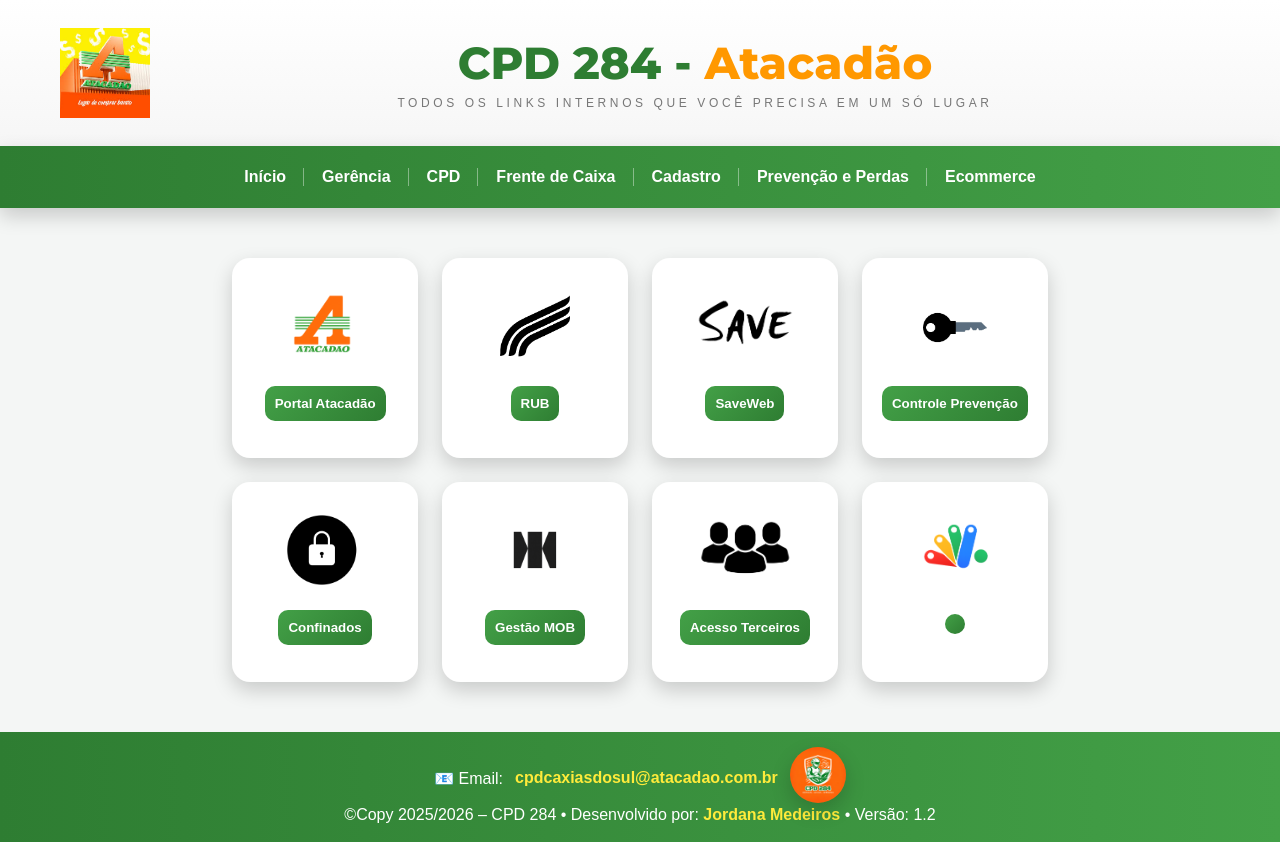
Repository: Iamjordana/projetositecpd284
Page: prevencao.html
The author's editor kept a copy of each file at every save. The page is drawn from the files as they stood at one save, then again after the next save.
The browser window is 1280 px wide. The pictures show the whole page.

Above is the page before, as saved 2026-01-14 12:40:07.
Console error: TypeError: Cannot read properties of null (reading 'addEventListener')

### prevencao.html
<!DOCTYPE html>
<html lang="pt-br">
<head>
    <meta charset="UTF-8">
    <meta name="viewport" content="width=device-width, initial-scale=1.0">
    <link rel="stylesheet" href="css/style.css">
    <link rel="shortcut icon" href="imagens/favicon.ico.png" type="image/x-icon">
    <link rel="stylesheet" href="css/style.css">
    <title>Prevenção e Perdas</title>
</head>
<body>
<header class="header">
  <div class="header-conteudo">

    <!-- LOGO -->
    <img src="imagens/logoataca.jpg" alt="Atacadão" class="header-logo">

    <!-- TEXTO CENTRAL -->
    <div class="header-texto">
      <h1 class="titulo-principal">
        <span class="titulo-verde">CPD 284 - </span>
        <span class="titulo-laranja">Atacadão</span>
      </h1>
      <p>Todos os links internos que você precisa em um só lugar</p>
    </div>
  </div>
</header>

<nav class="navbar">
    <button class="menu-toggle" aria-label="Abrir menu">☰</button>
    <div class="menu">
        <a href="index.html">Início</a>
        <a href="gerencia.html">Gerência</a>
        <a href="cpd.html">CPD</a>
        <a href="frentecaixa.html">Frente de Caixa</a>
        <a href="cadastro.html">Cadastro</a>
        <a href="prevencao.html">Prevenção e Perdas</a>
        <a href="ecommerce.html">Ecommerce</a>
    </div>
</nav>
<main>
  <div class="container">

    <div class="card">
      <img src="imagens/atacadao.png" alt="ATACADAO" class="card-img1">
      <a href="https://srvportal-prod.br-atacadao.corp/portal/" target="_blank">
        <button class="btn_atalho">Portal Atacadão</button>
      </a>
    </div>

    <div class="card">
      <img src="imagens/RUB2.png" alt="RUB" class="card-img2">
      <a href="https://srvuca284/vue/" target="_blank">
        <button class="btn_atalho">RUB</button>
      </a>
    </div>

    <div class="card">
      <img src="imagens/SAVE2.png" alt="SAVEWEB" class="card-img3">
      <a href="https://srvapp284.br-atacadao.corp/" target="_blank">
        <button class="btn_atalho">SaveWeb</button>
      </a>
    </div>

    <div class="card">
      <img src="imagens/chaves.jpg" alt="prevchaves" class="card-img5">
      <a href="https://srvsave284/prevperdas/#/chaves" target="_blank">
        <button class="btn_atalho">Controle Prevenção</button>
      </a>
    </div>

    <div class="card">
      <img src="imagens/confinados.png" alt="prevconfinados" class="card-img5">
      <a href="https://srvsave284/confinados/index.php?page=login" target="_blank">
        <button class="btn_atalho">Confinados</button>
      </a>
    </div>

        <div class="card">
      <img src="imagens/MOB.png" alt="MOB" class="card-img6">
      <a href="https://portaria-v2.mob2con.com.br/#/login" target="_blank">
        <button class="btn_atalho">Gestão MOB</button>
      </a>
    </div>

    <div class="card">
      <img src="imagens/terceiros.png" alt="terceiros" class="card-img7">
      <a href="https://srvterceiros.br-atacadao.corp/#/login?returnUrl=%2Fpages%2Fcadastros-terceiros%2Fcheckin" target="_blank">
        <button class="btn_atalho">Acesso Terceiros</button>
      </a>
    </div>

    <div class="card">
          <img src="imagens/notas.png" alt="Notas" class="card-img11">
          <a href="https://script.google.com/a/macros/atacadao.com.br/s/AKfycbwqcoPfWtn7tztTmkYU_-rZzzbmumslXrLHgY5Jxjh7wCvOsvtwYCqy_XobEg7-W5xm/exec" target="_blank"><button class="btn_atalho"></button></a>
      </div>
  </div>
</main>

<footer class="footer">
  <p class="linha-email">
    📧 Email:
    <a href="mailto:cpdcaxiasdosul@atacadao.com.br">
      cpdcaxiasdosul@atacadao.com.br
    </a>

    <span class="logo-animada">
      <img src="imagens/logocpd284.png" alt="Logo CPD 284">
    </span>
  </p>

  <p>
    ©Copy 2025/2026 – CPD 284 • Desenvolvido por:
    <a href="https://github.com/Iamjordana" target="_blank">Jordana Medeiros</a>
    • Versão: 1.2
  </p>
</footer>
</body>
<script>
const toggle = document.getElementById('menuToggle');
const menu = document.getElementById('menu');

toggle.addEventListener('click', () => {
  menu.classList.toggle('active');
});
</script>

</html>

### css/style.css
@charset "UTF-8";
@import url('https://fonts.googleapis.com/css2?family=Montserrat:wght@600;800&display=swap');

/* =====================================================
   1. VARIÁVEIS
===================================================== */
:root {
  --branco: #ffffff;
  --cinza-bg: #f4f6f5;

  --verde-claro: #43a047;
  --verde-escuro: #2e7d32;

  --laranja: #ff9800;
  --laranja-escuro: #f57c00;

  --texto: #444;
  --texto-suave: #777;

  --sombra-suave: 0 4px 12px rgba(0,0,0,0.12);
  --sombra-media: 0 8px 20px rgba(0,0,0,0.18);
  --sombra-forte: 0 14px 30px rgba(0,0,0,0.25);
}

/* =====================================================
   2. RESET E BASE
===================================================== */
* {
  margin: 0;
  padding: 0;
  box-sizing: border-box;
}

html, body {
  height: 100%;
}

body {
  background: var(--cinza-bg);
  font-family: Arial, Helvetica, sans-serif;
  color: var(--texto);
  display: flex;
  flex-direction: column;
}

/* =====================================================
   3. HEADER
===================================================== */
.header {
  background: linear-gradient(180deg, #ffffff 0%, #f6f6f6 100%);
  box-shadow: var(--sombra-suave);
}

.header-conteudo {
  max-width: 1200px;
  margin: auto;
  padding: 28px 20px;
  display: flex;
  align-items: center;
  gap: 20px;
}

.header-logo {
  width: 90px;
}

.header-texto {
  flex: 1;
  text-align: center;
}

.titulo-principal {
  font-family: 'Montserrat', sans-serif;
  font-size: 2.8rem;
  font-weight: 800;
}

.titulo-verde { color: var(--verde-escuro); }
.titulo-laranja { color: var(--laranja); }

.header-texto p {
  margin-top: 6px;
  font-size: 0.75rem;
  letter-spacing: 0.3em;
  text-transform: uppercase;
  color: var(--texto-suave);
}

/* =====================================================
   4. NAVBAR
===================================================== */
.navbar {
  background: linear-gradient(90deg, var(--verde-escuro), var(--verde-claro));
  box-shadow: var(--sombra-media);
  display: flex;
  flex-direction: column;
}

/* botão hamburguer */
.menu-toggle {
  display: none;
  background: none;
  border: none;
  color: white;
  font-size: 26px;
  cursor: pointer;
  padding: 14px 20px;
  text-align: left;
}

/* menu */
.menu {
  max-width: 1200px;
  margin: auto;
  padding: 12px 20px;
  display: flex;
  justify-content: center;
}

.menu a {
  color: white;
  text-decoration: none;
  font-weight: 600;
  padding: 10px 18px;
  position: relative;
}

.menu a:not(:last-child)::after {
  content: "";
  position: absolute;
  right: 0;
  top: 50%;
  transform: translateY(-50%);
  height: 18px;
  width: 1px;
  background: rgba(255,255,255,0.4);
}

.menu a:hover {
  background: white;
  color: var(--verde-escuro);
  border-radius: 8px;
}

/* =====================================================
   5. MAIN / CARDS
===================================================== */
main {
  flex: 1;
  max-width: 1200px;
  margin: 50px auto;
}

.container {
  display: grid;
  grid-template-columns: repeat(2, 1fr); /* 🔥 SEMPRE 2 */
  gap: 24px;
  max-width: 1200px;
  margin: auto;
  padding: 0 20px;
}

.card {
  width: 100%;
  height: 200px;

  background: white;
  border-radius: 18px;

  display: flex;
  flex-direction: column;
  align-items: center;

  padding: 20px;
  box-shadow: var(--sombra-media);
  transition: 0.3s;
}



.card img {
  width: 96px;
  height: 96px;
  object-fit: contain;
  margin-bottom: 12px;
}

.btn_atalho {
  margin-top: auto;
  width: 100%;
  text-align: center;
  background: linear-gradient(135deg, var(--verde-claro), var(--verde-escuro));
  color: white;
  border: none;
  border-radius: 10px;
  padding: 10px;
  font-weight: 600;
  cursor: pointer;
  transition: 0.2s;
}

.btn_atalho:hover {
  background: linear-gradient(135deg, var(--laranja), var(--laranja-escuro));
  transform: translateY(-2px);
}

/* =====================================================
   6. FOOTER
===================================================== */
.footer {
  background: linear-gradient(90deg, var(--verde-escuro), var(--verde-claro));
  color: white;
  text-align: center;
  padding: 18px 12px;
}

.footer a {
  color: #ffeb3b;
  font-weight: bold;
  text-decoration: none;
}

.footer a:hover {
  text-decoration: underline;
}

.linha-email {
  display: inline-flex;
  align-items: center;
  gap: 12px;
}

.logo-animada {
  width: 56px;
  height: 56px;
  border-radius: 50%;
  overflow: hidden;
  box-shadow: var(--sombra-media);
  animation: respirar 4s infinite ease-in-out;
}

.logo-animada img {
  width: 100%;
  height: 100%;
  object-fit: cover;
}

@keyframes respirar {
  0%, 100% { transform: translateY(0); }
  50% { transform: translateY(-6px); }
}

/* =====================================================
   7. MOBILE
===================================================== */
@media (max-width: 768px) {

  .menu-toggle {
    display: block;
  }

  .menu {
    display: none;
    flex-direction: column;
    padding: 0;
  }

  .menu.active {
    display: flex;
  }

  .menu a {
    padding: 16px;
    text-align: center;
    border-top: 1px solid rgba(255,255,255,0.3);
  }

  .menu a::after {
    display: none;
  }
}

@media (min-width: 900px) {
  .container {
    grid-template-columns: repeat(3, 1fr);
  }
}

@media (min-width: 1200px) {
  .container {
    grid-template-columns: repeat(4, 1fr);
  }
}

After the next save:
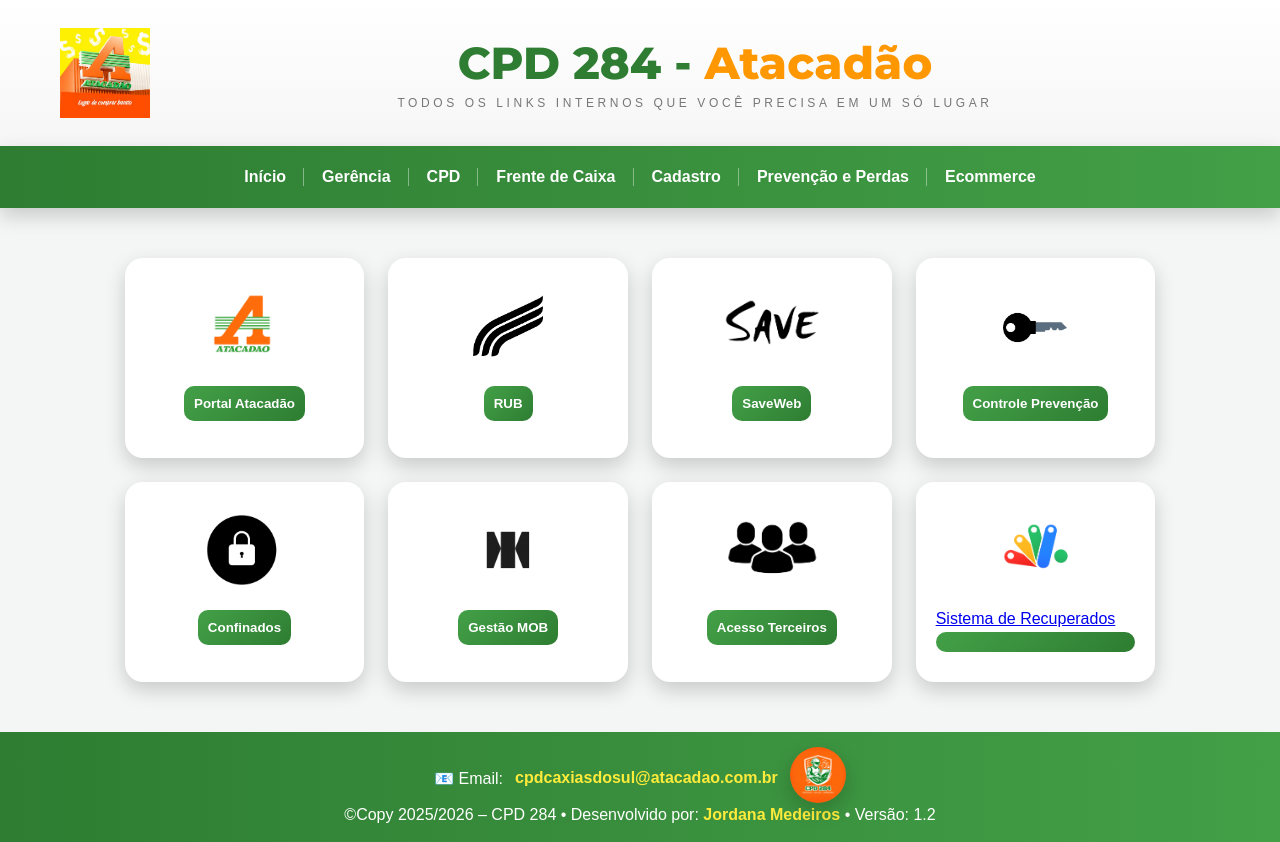
Saved 28 s later.
--- a/prevencao.html
+++ b/prevencao.html
@@ -92,7 +92,7 @@
 
     <div class="card">
           <img src="imagens/notas.png" alt="Notas" class="card-img11">
-          <a href="https://script.google.com/a/macros/atacadao.com.br/s/AKfycbwqcoPfWtn7tztTmkYU_-rZzzbmumslXrLHgY5Jxjh7wCvOsvtwYCqy_XobEg7-W5xm/exec" target="_blank"><button class="btn_atalho"></button></a>
+          <a href="https://script.google.com/a/macros/atacadao.com.br/s/AKfycbwqcoPfWtn7tztTmkYU_-rZzzbmumslXrLHgY5Jxjh7wCvOsvtwYCqy_XobEg7-W5xm/exec" target="_blank">Sistema de Recuperados<button class="btn_atalho"></button></a>
       </div>
   </div>
 </main>

After the 4 saves that followed:
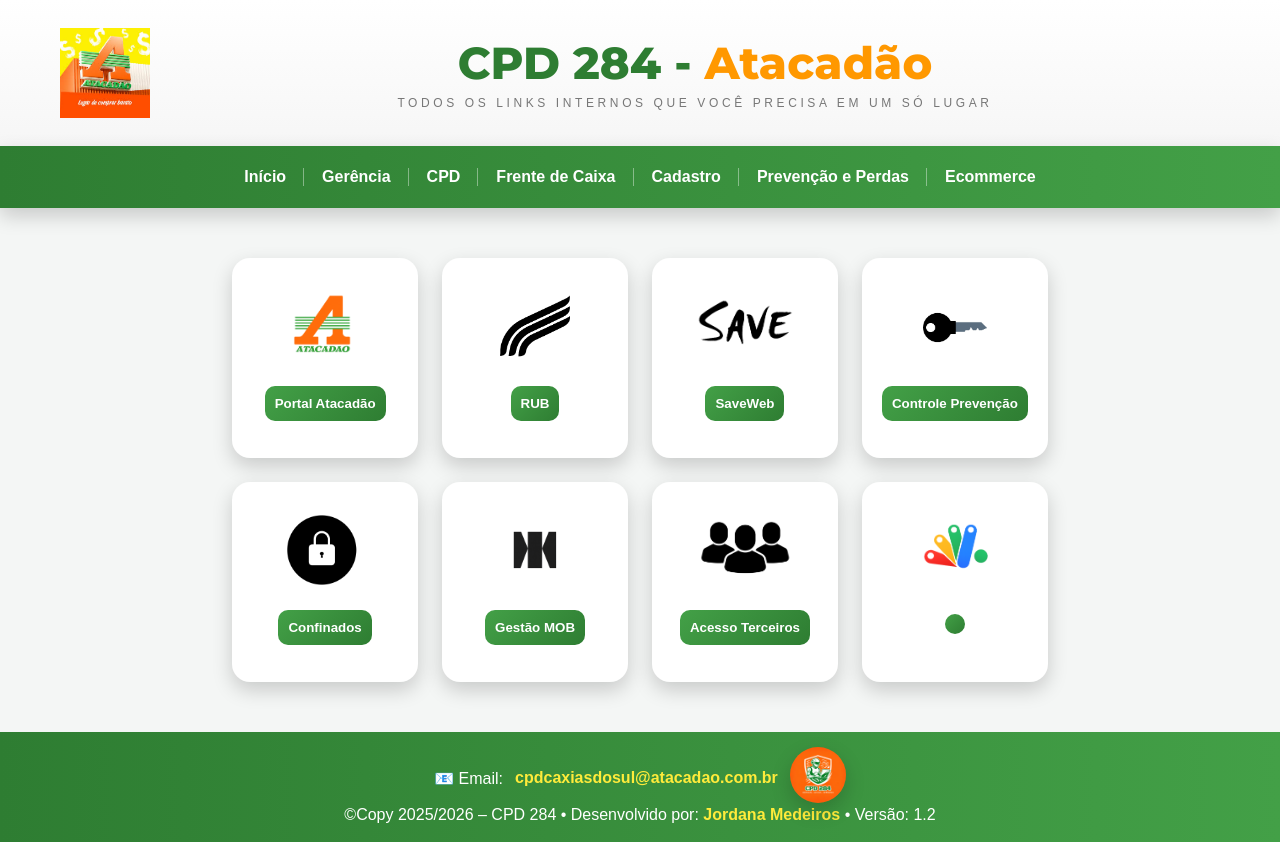
The 4 saves are shown as one change because 1 left the picture as it was and some came seconds apart.
The last was saved 35 s later.
--- a/prevencao.html
+++ b/prevencao.html
@@ -92,7 +92,7 @@
 
     <div class="card">
           <img src="imagens/notas.png" alt="Notas" class="card-img11">
-          <a href="https://script.google.com/a/macros/atacadao.com.br/s/AKfycbwqcoPfWtn7tztTmkYU_-rZzzbmumslXrLHgY5Jxjh7wCvOsvtwYCqy_XobEg7-W5xm/exec" target="_blank">Sistema de Recuperados<button class="btn_atalho"></button></a>
+          <a href="https://script.google.com/a/macros/atacadao.com.br/s/AKfycbz6ZsXBkxT3BBfOOZAp2sosEHTj9LXIoCcSy_zWMgLFhzGQ8LWoiA4LUxVARIbWHF-l/exec" target="_blank"><button class="btn_atalho"></button></a>
       </div>
   </div>
 </main>
